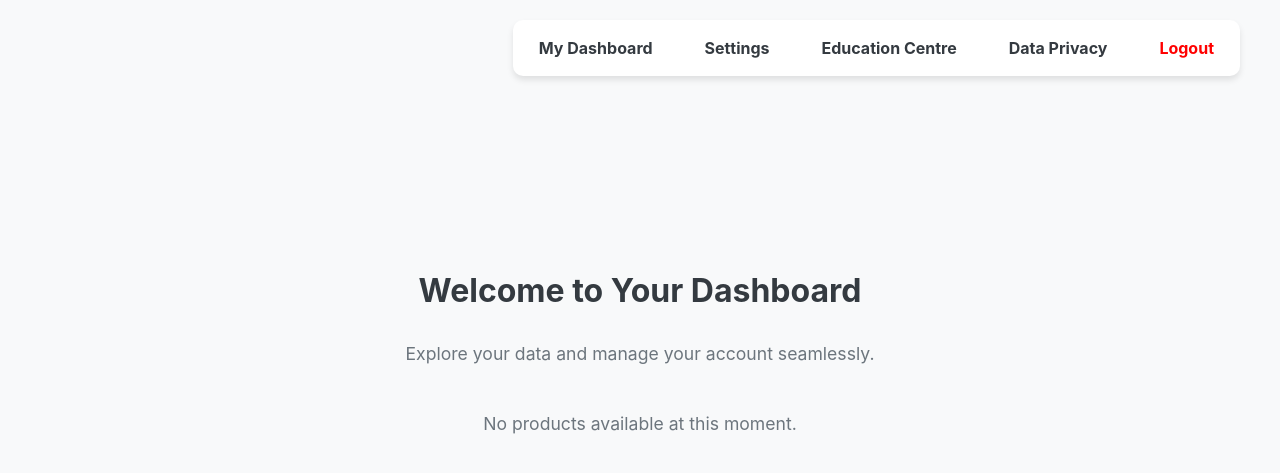
Repository: aab232/https---github.com-aab232-Deferred-Payment-Platform
Page: /main (app in frontend/)
The author's editor kept a copy of each file at every save. The page is drawn from the files as they stood at one save, then again after the next save.
The browser window is 1280 px wide. The pictures show the whole page.
The page's requests for data from a server got no answer. The project was rebuilt for these pictures with package versions that can differ from the ones it lists, and the page was loaded fresh each time. No one was signed in, and anything a server would have sent is missing. Also part of the build but not shown: frontend/src/components/Home.js, frontend/src/components/Form.css, frontend/src/components/Register.js, frontend/src/components/Login.js, frontend/src/components/BackButton.css, frontend/src/components/BackButton.js, frontend/src/components/Settings.js.

Above is the page before, as saved 2025-03-29 16:06:12.

After the next save:
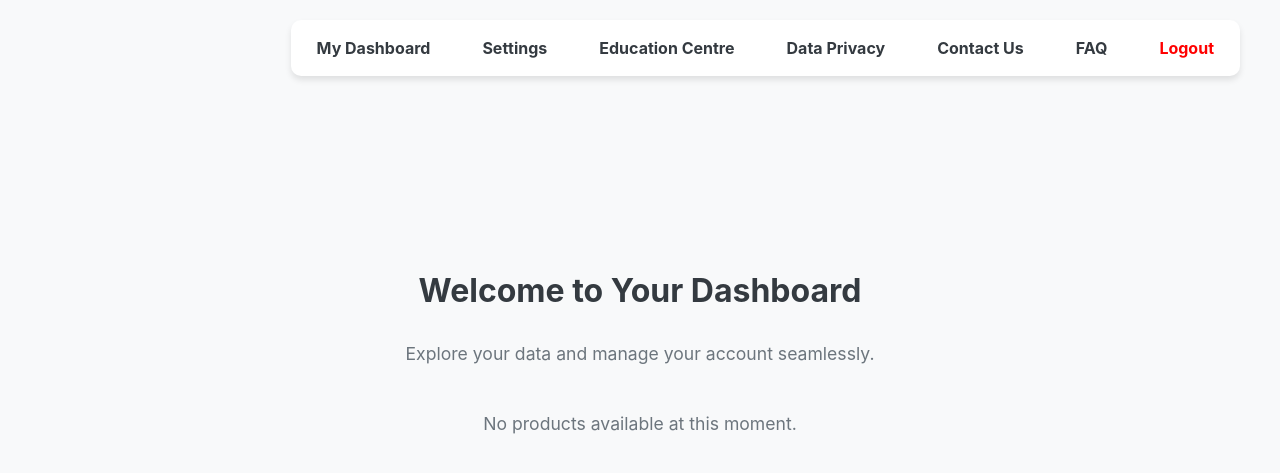
Saved 7 min 5 s later.
--- a/frontend/src/components/Main.js
+++ b/frontend/src/components/Main.js
@@ -36,6 +36,8 @@ const Main = () => {
         <span className="tab" onClick={() => navigate('/settings')}>Settings</span>
         <span className="tab" onClick={() => navigate('/education')}>Education Centre</span>
         <span className="tab" onClick={() => navigate('/privacy')}>Data Privacy</span>
+        <span className="tab" onClick={() => navigate('/contact')}>Contact Us</span>
+        <span className="tab" onClick={() => navigate('/faq')}>FAQ</span>
         <span className="tab logout" onClick={handleLogout}>Logout</span>
       </nav>
 
